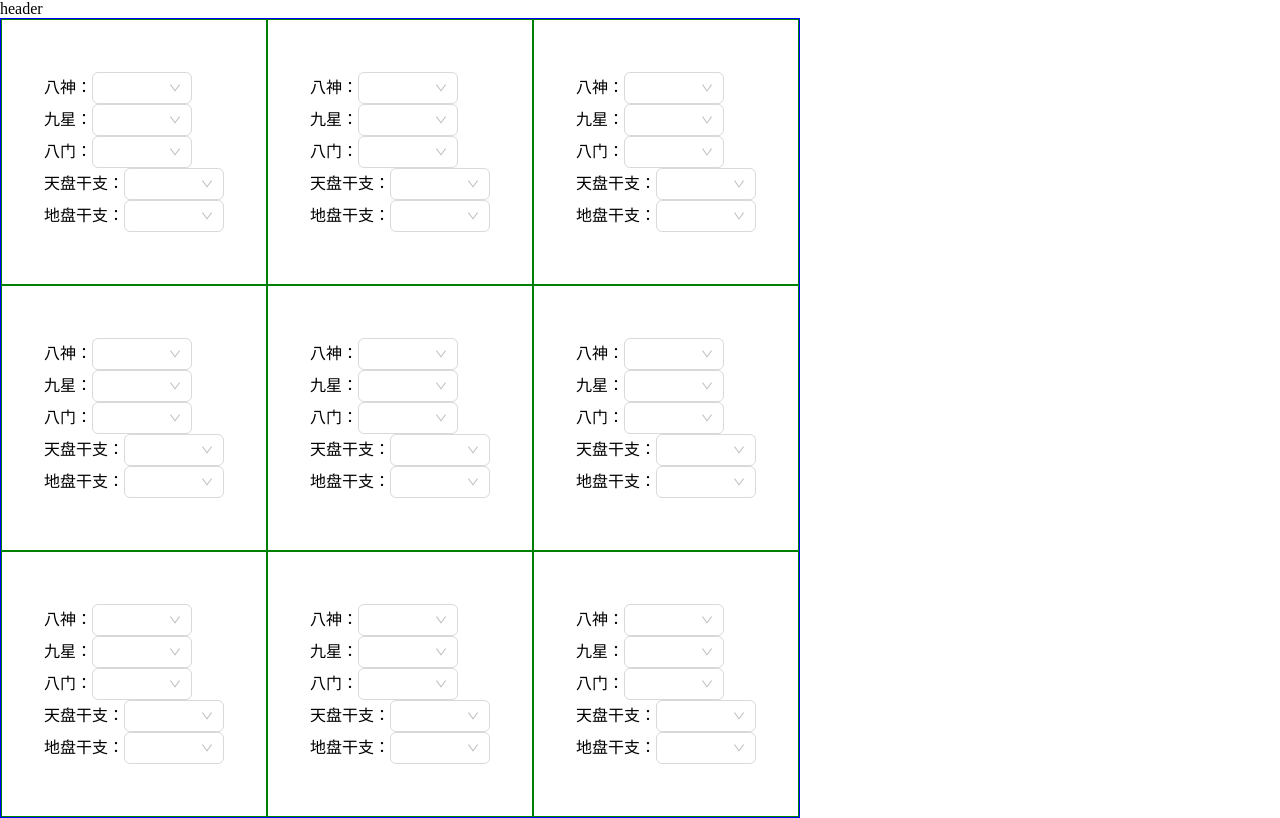
Repository: DaozhangChen/qiMen
Page: /
An editor plug-in stored every save of this project. The page is shown before and after the next save, followed by the edit.
The browser window is 1280 px wide. The pictures show the whole page.
The project was rebuilt for these pictures with package versions that can differ from the ones it lists, and the page was loaded fresh each time. Also part of the build but not shown: vite.config.js.

Above is the page before, as saved 2024-04-05 17:23:34.

### src/App.jsx
import HeaderInfo from './compoment/HeaderLabel'
import Sudoku from './compoment/Sudoku'

function App() {

  return (
    <>
      <HeaderInfo />
      <Sudoku />
    </>
  )
}

export default App

### src/index.css
* {
  padding: 0;
  margin: 0;
  box-sizing: border-box;
}

ul,
li {
  list-style: none;
}

### src/compoment/HeaderLabel.jsx
const HeaderInfo = () => {
    return (
        <>
            <div>header</div>
        </>
    )
}

export default HeaderInfo

### src/compoment/Sudoku.jsx
import "./Sudoku.css"
import InfoSelect from "./InfoSelect"
import { useState } from "react"

function Sudoku() {
    const regionArr = [
        { number: 4, area: "巽" },
        { number: 9, area: "离" },
        { number: 2, area: "坤" },
        { number: 3, area: "震" },
        { number: 5, area: "中" },
        { number: 7, area: "兑" },
        { number: 8, area: "艮" },
        { number: 1, area: "坎" },
        { number: 6, area: "乾" }
    ]
    const [detailInfo, setDetailInfo] = useState(regionArr)


    return (
        <div className="sudoku-grid">
            {/* 生成九宫格 */}
            {detailInfo.map((value) => (
                <div key={value.number} className="sudoku-row" data-key={value.number}>
                    <ul>
                        <li className="sudoku-cell">
                            <ul>
                                <li className="god">八神：<span><InfoSelect type="god" setDetailInfo={setDetailInfo} area={value.number} /></span></li>
                                <li className="star">九星：<span><InfoSelect type="star" setDetailInfo={setDetailInfo} area={value.number} /></span></li>
                                <li className="door">八门：<span><InfoSelect type="door" setDetailInfo={setDetailInfo} area={value.number} /></span></li>
                                <li className="upStem">天盘干支：<span><InfoSelect type="upStem" setDetailInfo={setDetailInfo} area={value.number} /></span></li>
                                <li className="downStem">地盘干支：<span><InfoSelect type="downStem" setDetailInfo={setDetailInfo} area={value.number} /></span></li>
                            </ul>
                        </li>
                    </ul>
                </div>
            ))}
        </div>
    )
}
export default Sudoku

### src/compoment/Sudoku.css
.sudoku-grid {
    border: 1px solid blue;
    width: 800px;
    height: 800px;
    display: grid;
    grid-template-columns: repeat(3, 1fr);
    grid-template-rows: repeat(3, 1fr);

}

.sudoku-row {
    display: flex;
    border: 1px solid green;
    align-items: center;
    justify-content: center;
}

.sudoku-cell>li {
    margin: 5px 0px;
}

### src/compoment/InfoSelect.jsx
import { Select } from "antd";
import setOption from "../toolFunction/setOption"

// eslint-disable-next-line react/prop-types
const InfoSelect = ({ type, setDetailInfo, area }) => {
    const option = setOption(type)


    const setValue = (value) => {
        //设置全局value
        setDetailInfo(originArr => {
            const newArr = originArr.map((item) => {
                if (item.number === area) {
                    console.log(type)
                    item[type] = value
                    return item
                } else {
                    return item
                }
            })
            console.log(newArr)
            return newArr
        })
    }

    return (
        <>
            <Select style={{ width: 100 }} options={option} onChange={setValue} />
        </>
    )
}

export default InfoSelect

### src/toolFunction/setOption.js
function setupOption(arr) {
    const option = arr.map((value) => {
        const obj = {}
        obj.label = value
        obj.value = value
        return obj
    })
    return option
}

const setOption = (type) => {
    const godArr = ["值符", "腾蛇", "太阴", "六合", "白虎", "玄武", "九地", "九天"]
    const starArr = ["天蓬星", "天任星", "天冲星", "天辅星", "天英星", "天芮星", "天柱星", "天心星", "天禽星"]
    const doorArr = ["休门", "生门", "伤门", "杜门", "景门", "死门", "惊门", "开门"]
    const stemArr = ["戊", "己", "庚", "辛", "壬", "癸", "丁", "丙", "乙"]
    const resultMap = {
        "god": setupOption(godArr),
        "star": setupOption(starArr),
        "door": setupOption(doorArr),
        "upStem": setupOption(stemArr),
        "downStem": setupOption(stemArr)
    }
    return resultMap[type]
}

export default setOption

Loaded but not shown: index.html (common file); src/main.jsx (common file)

After the next save:
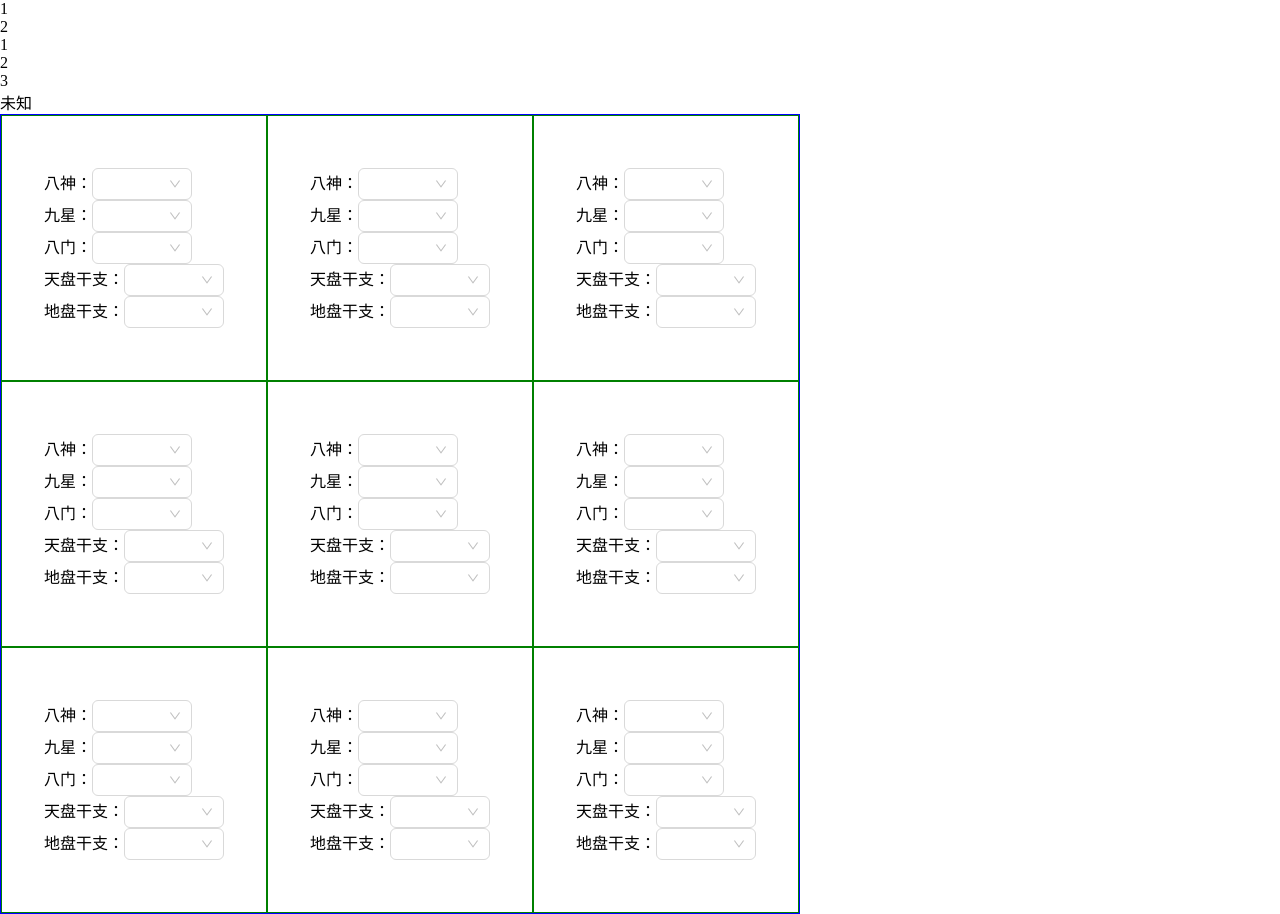
Saved 2 min 37 s later.
--- a/src/compoment/HeaderLabel.jsx
+++ b/src/compoment/HeaderLabel.jsx
@@ -1,7 +1,18 @@
 const HeaderInfo = () => {
     return (
         <>
-            <div>header</div>
+            <div className="headerWrapper">
+                <div>
+                    <div>1</div>
+                    <div>2</div>
+                </div>
+                <div>
+                    <div>1</div>
+                    <div>2</div>
+                    <div>3</div>
+                </div>
+                <div>未知</div>
+            </div>
         </>
     )
 }
